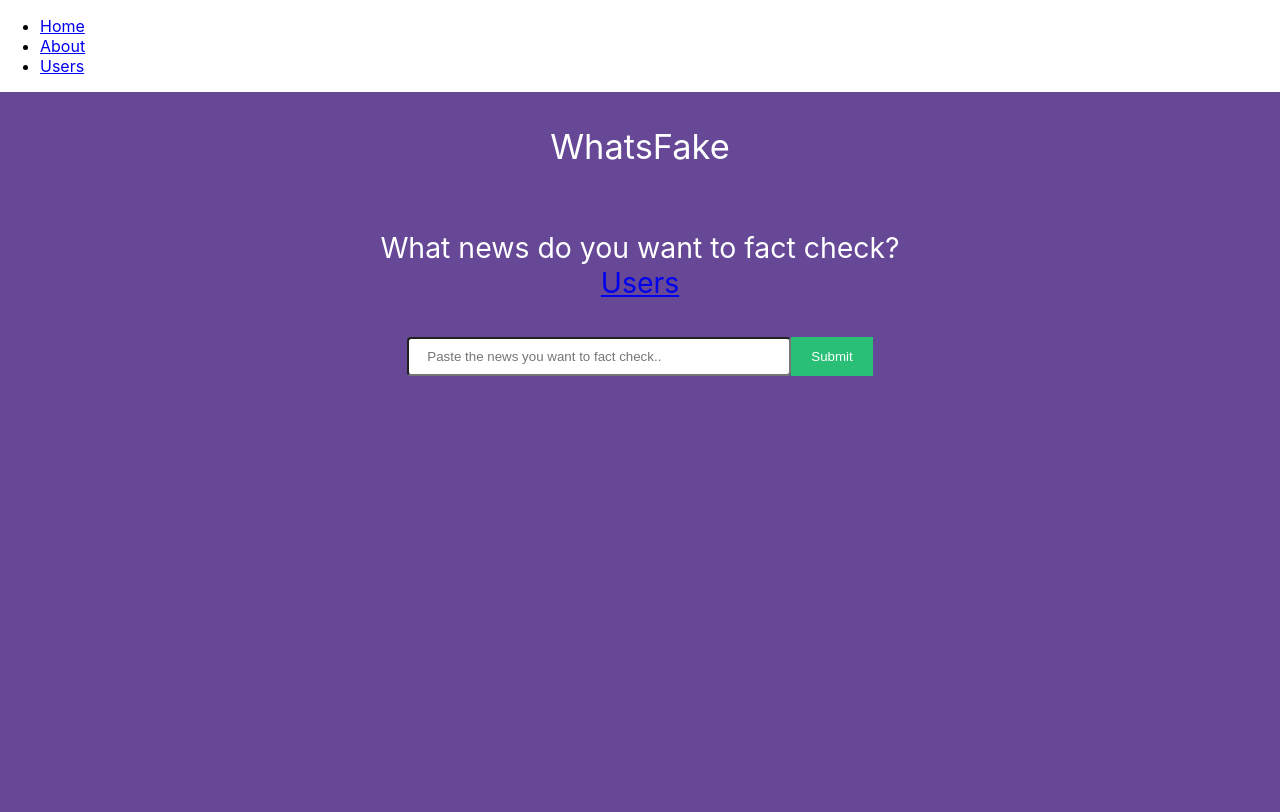
Repository: alkalox/FakeNews
Page: /
An editor plug-in stored every save of this project. The page is shown before and after the next save, followed by the edit.
The browser window is 1280 px wide. The pictures show the whole page.
The project was rebuilt for these pictures with package versions that can differ from the ones it lists, and the page was loaded fresh each time.

Above is the page before, as saved 2019-04-23 19:38:05.

After the next save:
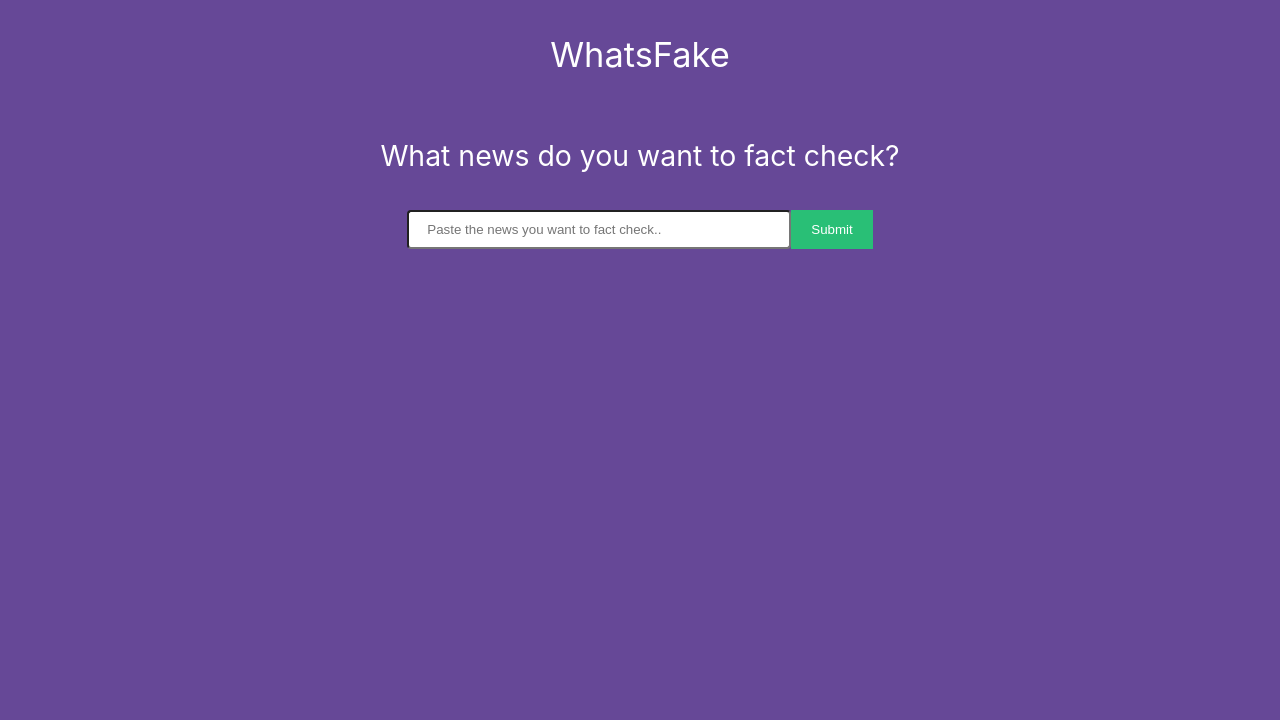
Saved 76 s later.
--- a/src/App.js
+++ b/src/App.js
@@ -4,30 +4,14 @@ import './App.css';
 
 class App extends Component {
   render () {
-    return (    <Router>
+    return (
+    <Router>
       <div>
-        <nav>
-          <ul>
-            <li>
-              <Link to="/">Home</Link>
-            </li>
-            <li>
-              <Link to="/about/">About</Link>
-            </li>
-            <li>
-              <Link to="/users/">Users</Link>
-            </li>
-          </ul>
-        </nav>
-
         <Route path="/" exact component={Home} />
-
       </div>
     </Router>)
   }
 }
-
-
 
 class Home extends Component {
   constructor(props) {
@@ -72,7 +56,6 @@ class Home extends Component {
           </header>
           <p className ="text">
             What news do you want to fact check?
-            <Link to="/users/">Users</Link>
           </p>
           <div className="Form">
             <form onSubmit={this.handleSubmit}>
